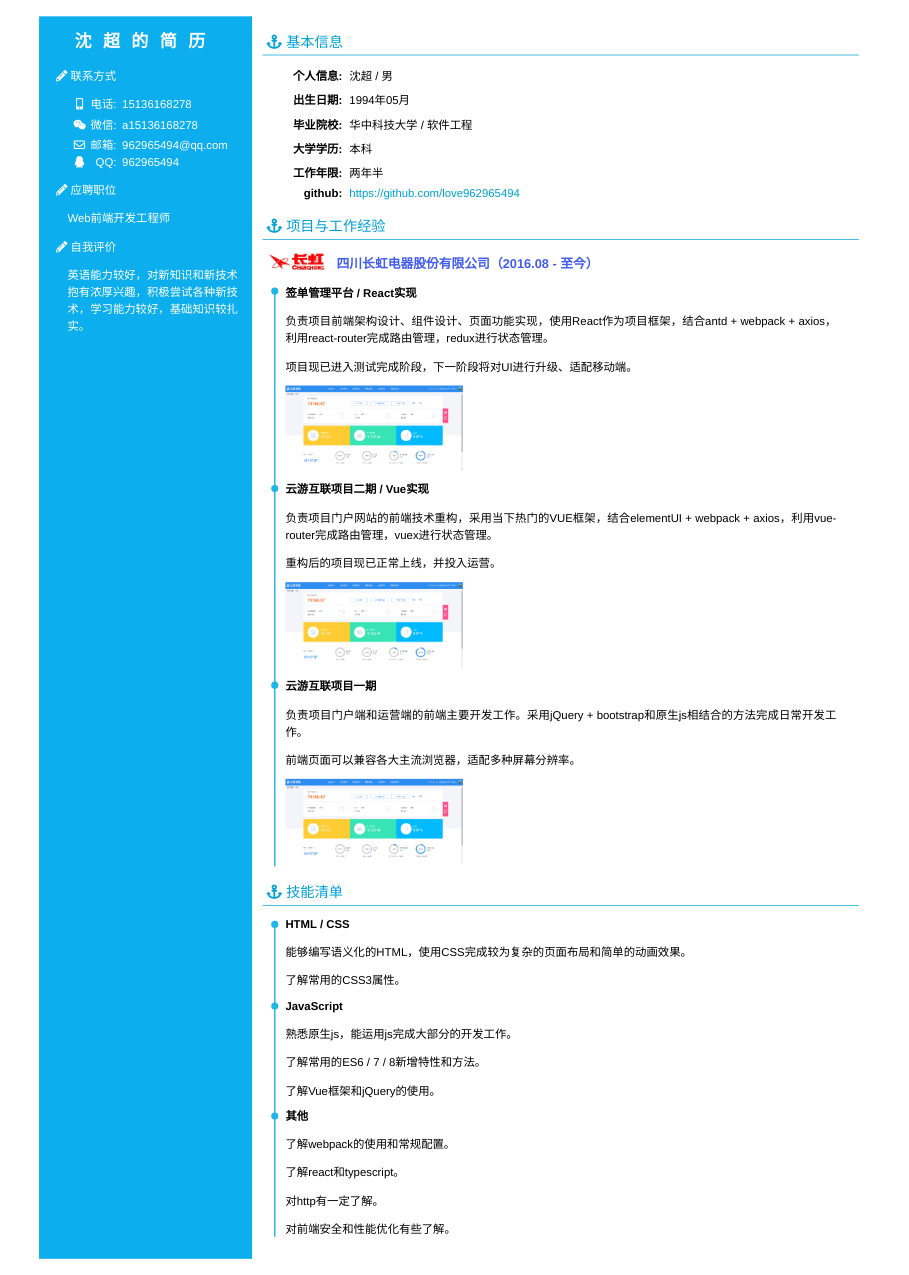
Repository: love962965494/my-resume
Page: index.html
These files come from the project's save history. The page is drawn as it stood at one moment and after the next save; the edit follows.
The browser window is 1280 px wide. The pictures show the whole page, at 71% of full size.
Some web libraries are served in a nearby version. The style sheet was rebuilt from its Sass, Less or Tailwind sources for each picture, by a compiler version that may differ from the author's.

Above is the page before, as saved 2018-09-02 19:04:09.

### index.html
<!DOCTYPE html>
<html lang="en">

<head>
  <meta charset="UTF-8">
  <meta name="viewport" content="width=device-width, initial-scale=1.0">
  <meta http-equiv="X-UA-Compatible" content="ie=edge">
  <title>沈超的简历</title>
  <link rel="stylesheet" href="https://use.fontawesome.com/releases/v5.0.10/css/all.css" integrity="sha384-+d0P83n9kaQMCwj8F4RJB66tzIwOKmrdb46+porD/OvrJ+37WqIM7UoBtwHO6Nlg"
    crossorigin="anonymous">
  <link rel="stylesheet" href="./styles/myResume.css">
</head>

<body>
  <div id="container" class="container">
    <!-- 左边栏 -->
    <aside class="content__left">
      <!-- 头像区域 -->
      <div class="content__left--title">
        <h1>沈超的简历</h1>
      </div>

      <!-- 联系方式区域 -->
      <div class="content__left--contact">
        <div class="title">
          <i class="fas fa-pencil-alt"></i>
          <span>联系方式</span>
        </div>
        <ul class="list">
          <li>
            <span>
              <i class="fas fa-mobile-alt"></i>
            </span>
            <span>电话:</span>
            <span>15136168278</span>
          </li>
          <li>
            <span>
              <i class="fab fa-weixin"></i>
            </span>
            <span>微信:</span>
            <span>a15136168278</span>
          </li>
          <li>
            <span>
              <i class="far fa-envelope"></i>
            </span>
            <span>邮箱:</span>
            <span>962965494@qq.com</span>
          </li>
          <li>
            <span>
              <i class="fab fa-qq"></i>
            </span>
            <span>QQ:</span>
            <span>962965494</span>
          </li>
        </ul>
      </div>

      <!-- 应聘职位区域 -->
      <div class="content__left--application">
        <span class="title">
          <i class="fas fa-pencil-alt"></i>
          <span>应聘职位</span>
        </span>
        <p class="job">Web前端开发工程师</p>
      </div>

      <!-- 个人评价区域 -->
      <div class="content__left--evaluation">
        <span class="title">
          <i class="fas fa-pencil-alt"></i>
          <span>自我评价</span>
        </span>
        <p class="evaluate">英语能力较好，对新知识和新技术抱有浓厚兴趣，积极尝试各种新技术，学习能力较好，基础知识较扎实。</p>
      </div>
    </aside>

    <!-- 右边栏 -->
    <div class="content__right">
      <!-- 基本信息 -->
      <div class="content__right--basic">
        <div class="header">
          <i class="fas fa-anchor"></i>
          <span>基本信息</span>
        </div>
        <ul class="list">
          <li>
            <span>个人信息:</span>
            <span>沈超 / 男</span>
          </li>
          <li>
            <span>出生日期:</span>
            <span>1994年05月</span>
          </li>
          <li>
            <span>毕业院校:</span>
            <span>华中科技大学 / 软件工程</span>
          </li>
          <li>
            <span>大学学历:</span>
            <span>本科</span>
          </li>
          <li>
            <span>工作年限:</span>
            <span>两年半</span>
          </li>
          <li>
            <span>github:</span>
            <span><a href="https://github.com/love962965494" target="_blank">https://github.com/love962965494</a></span>
          </li>
        </ul>
      </div>

      <!-- 项目经验 -->
      <div class="content__right--experience">
        <div class="header">
          <i class="fas fa-anchor"></i>
          <span>项目与工作经验</span>
        </div>
        <ul class="list">
          <li>
            <div class="company">
              <img src="./image/changhong.jpg" alt="长虹Logo">
              <span>四川长虹电器股份有限公司（2016.08 - 至今）</span>
            </div>
            <ul class="work-experience-list">
              <li class="work__item">
                <div class="work__item--name">签单管理平台 / React实现</div>
                <div class="work__item--info">
                  <p>负责项目前端架构设计、组件设计、页面功能实现，使用React作为项目框架，结合antd + webpack + axios，利用react-router完成路由管理，redux进行状态管理。</p>
                  <p>项目现已进入测试完成阶段，下一阶段将对UI进行升级、适配移动端。</p>
                </div>
                <div class="work__item--picture">
                  <img src="./image/new1.png" alt="签单管理平台实现效果图">
                </div>
              </li>
              <li class="work__item">
                <div class="work__item--name">云游互联项目二期 / Vue实现</div>
                <div class="work__item--info">
                  <p>负责项目门户网站的前端技术重构，采用当下热门的VUE框架，结合elementUI + webpack + axios，利用vue-router完成路由管理，vuex进行状态管理。</p>
                  <p>重构后的项目现已正常上线，并投入运营。</p>
                </div>
                <div class="work__item--picture">
                  <img src="./image/new1.png" alt="签单管理平台实现效果图">
                </div>
              </li>
              <li class="work__item">
                <div class="work__item--name">云游互联项目一期</div>
                <div class="work__item--info">
                  <p>负责项目门户端和运营端的前端主要开发工作。采用jQuery + bootstrap和原生js相结合的方法完成日常开发工作。</p>
                  <p>前端页面可以兼容各大主流浏览器，适配多种屏幕分辨率。</p>
                </div>
                <div class="work__item--picture">
                  <img src="./image/new1.png" alt="签单管理平台实现效果图">
                </div>
              </li>
            </ul>
          </li>
        </ul>
      </div>

      <!-- 技能清单 -->
      <div class="content__right--skill">
        <div class="header">
          <i class="fas fa-anchor"></i>
          <span>技能清单</span>
        </div>
        <ul class="list">
          <li class="list__item">
            <div class="list__item--name">HTML / CSS</div>
            <div class="list__item--info">
              <p>能够编写语义化的HTML，使用CSS完成较为复杂的页面布局和简单的动画效果。</p>
              <p>了解常用的CSS3属性。</p>
            </div>
          </li>
          <li class="list__item">
            <div class="list__item--name">JavaScript</div>
            <div class="list__item--info">
              <p>熟悉原生js，能运用js完成大部分的开发工作。</p>
              <p>了解常用的ES6 / 7 / 8新增特性和方法。</p>
              <p>了解Vue框架和jQuery的使用。</p>
            </div>
          </li>
          <li class="list__item">
            <div class="list__item--name">其他</div>
            <div class="list__item--info">
              <p>了解webpack的使用和常规配置。</p>
              <p>了解react和typescript。</p>
              <p>对http有一定了解。</p>
              <p>对前端安全和性能优化有些了解。</p>
            </div>
          </li>
        </ul>
      </div>
    </div>
  </div>
</body>

</html>

### styles/myResume.scss
@mixin text-center {
  text-align: center;
}

@mixin row {
  grid-column: 1 / span 12;
}

@media (min-width: 992px) {
  .container {
    width: 970px;
  }
}

@media (min-width: 1200px) {
  .container {
    width: 1170px;
  }
}

html {
  font-size: 16px;
}

a,
a:hover,
a:visited {
  color: #00A1D6;
  text-decoration: none;
}

ul {
  list-style: none;
}

.container {
  display: grid;
  grid-template-columns: minmax(200px, 300px) 1fr;
  padding: 15px;
  margin: auto;
  font-family: "Helvetica Neue", Helvetica, "PingFang SC", "Hiragino Sans GB", "Microsoft YaHei", "微软雅黑", Arial, sans-serif;
}

/* ----------------------------- 左边栏 ----------------------------- */

.content__left {
  display: grid;
  grid-template-columns: repeat(12, 1fr);
  grid-template-rows: repeat(4, min-content);
  background-color: #0daeee;
  color: #fff;
  &--title {
    @include row;
    @include text-center;
    margin: 15px 0 20px;
    &>h1 {
      margin: 0;
      white-space: nowrap;
      letter-spacing: 1rem;
    }
  }
  @mixin title {
    padding-left: 1.5rem;
  }
  &--contact {
    @include row();
    &>.title {
      @include title;
    }
    &>.list {
      &>li {
        display: grid;
        grid-template-columns: 1.5rem 3rem 1fr;
        align-items: baseline;
        margin: 5px;
        &>span:nth-of-type(1) {
          text-align: center;
        }
        &>span:nth-of-type(2) {
          text-align: right;
          padding-right: .5rem;
        }
      }
    }
  }
  &--application {
    @include row();
    &>.title {
      @include title;
    }
    &>.job {
      padding-left: 40px;
    }
  }
  &--evaluation {
    @include row();
    &>.title {
      @include title;
    }
    &>.evaluate {
      padding-left: 40px;
      padding-right: 1rem;
    }
  }
}

/* ----------------------------- 右边栏 ----------------------------- */

.content__right {
  padding: 15px;
  @mixin header {
    padding: 5px;
    border-bottom: 1px solid currentColor;
    color: #00A1D6;
    font-size: 20px;
  }
  &--basic {
    &>.header {
      @include header;
    }
    &>.list {
      padding: 0;
      &>li {
        margin: 10px 2rem;
        display: grid;
        grid-template-columns: 5rem 1fr;
        grid-column-gap: 10px;
        &>span:nth-of-type(1) {
          font-weight: 600;
          text-align: right;
          white-space: nowrap;
        }
      }
    }
  }
  &--experience {
    &>.header {
      @include header;
    }
    &>.list {
      padding: 0;
      &>li {
        margin: 10px 2rem;
        &>.company {
          display: flex;
          margin-bottom: 15px;
          align-items: center;
          img {
            width: 80px;
            margin-right: 1rem;
            margin-left: -1.5rem;
          }
          span {
            color: #425cf0;
            font-weight: 600;
            font-size: 18px;
            white-space: nowrap;
          }
        }
        &>.work-experience-list {
          padding: 0;
          position: relative;
          &::before {
            content: '';
            position: absolute;
            height: calc(100% - 10px);
            margin-left: -1rem;
            margin-top: 10px;
            border-left: 2px solid #1fb5e6;
          }
          .work__item {
            margin: 10px 0;
            &--name {
              font-weight: 600;
              &::before {
                content: '';
                position: absolute;
                width: 10px;
                height: 10px;
                margin-left: calc(-4px - 1rem);
                margin-top: .4rem;
                border-radius: 50%;
                background: #1fb5e6;
              }
            }
            &--info {
              &>p {
                text-align: justify;
              }
            }
            &--picture {
              img {
                width: 250px;
              }
            }
          }
        }
      }
    }
  }
  &--skill {
    &>.header {
      @include header;
    }

    & > .list {
      padding: 0 2rem;
      position: relative;
      &::before {
        content: '';
        position: absolute;
        height: calc(100% - 5px);
        margin-left: -1rem;
        margin-top: 5px;
        border-left: 2px solid #1fb5e6;
      }

      .list__item {
        margin: 10px 0;
        &--name {
          font-weight: 600;
          line-height: 1.2rem;
          &::before {
            content: '';
            position: absolute;
            width: 10px;
            height: 10px;
            margin-left: calc(-4px - 1rem);
            margin-top: .3rem;
            border-radius: 50%;
            background: #1fb5e6;
          }
        }
      }
    }
  }
}

After the next save:
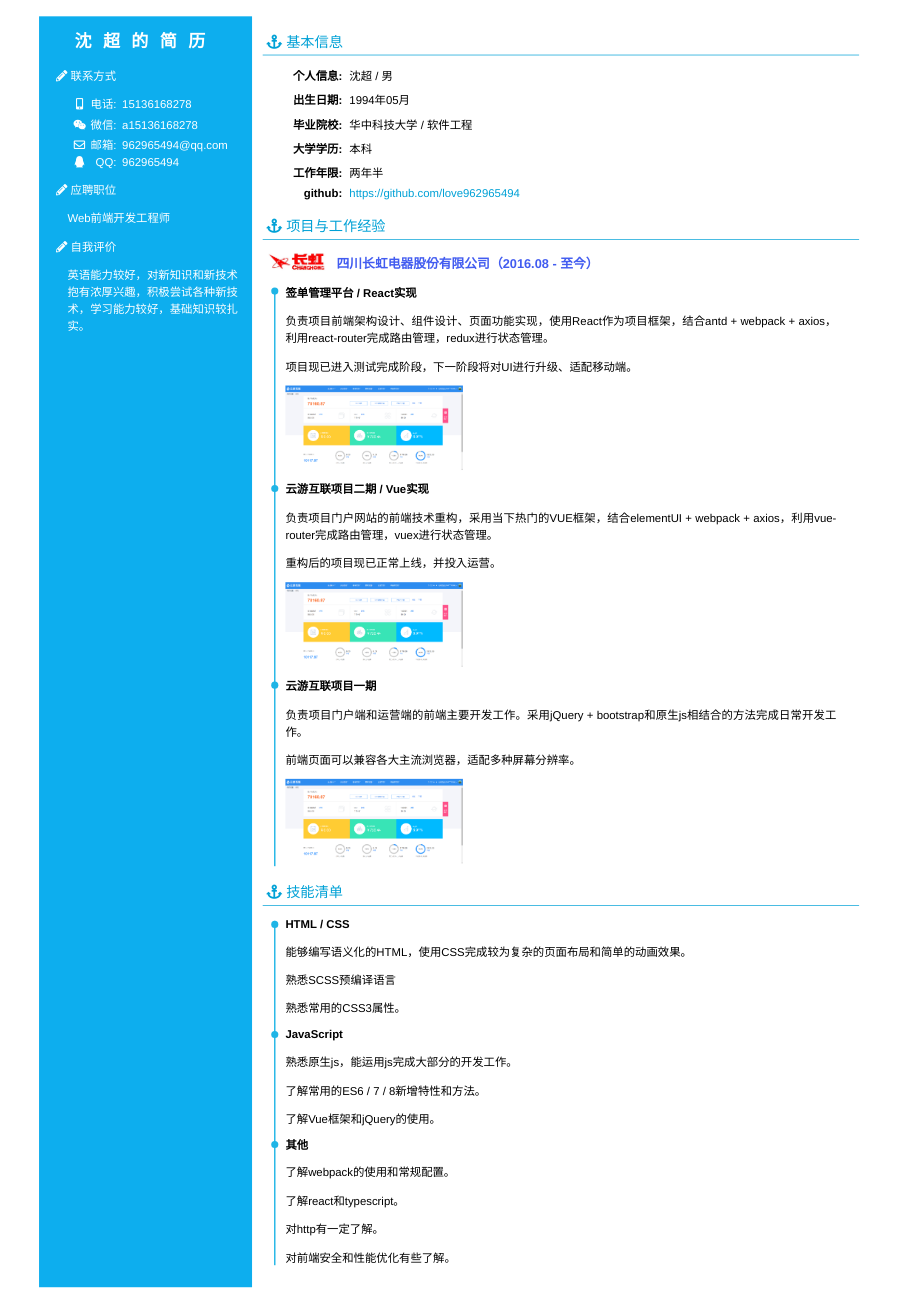
Saved 84 s later.
--- a/index.html
+++ b/index.html
@@ -172,7 +172,8 @@
             <div class="list__item--name">HTML / CSS</div>
             <div class="list__item--info">
               <p>能够编写语义化的HTML，使用CSS完成较为复杂的页面布局和简单的动画效果。</p>
-              <p>了解常用的CSS3属性。</p>
+              <p>熟悉SCSS预编译语言</p>
+              <p>熟悉常用的CSS3属性。</p>
             </div>
           </li>
           <li class="list__item">
